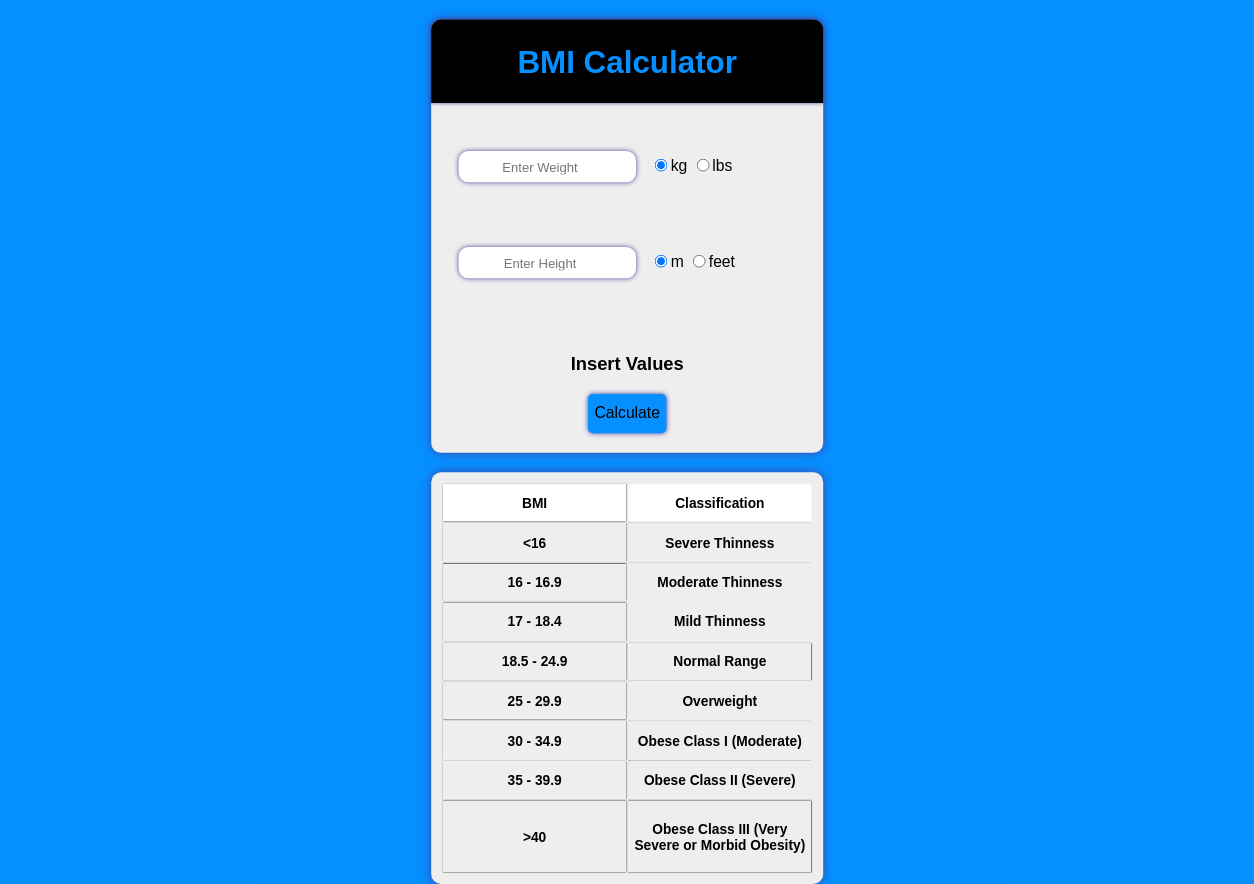
Repository: shayanabedi98/bmi-calculator
Page: index.html
The author's editor kept a copy of each file at every save. The page is drawn from the files as they stood at one save, then again after the next save.
The browser window is 1280 px wide. The pictures show the whole page, at 98% of full size.

Above is the page before, as saved 2023-07-24 16:36:37.

After the next save:
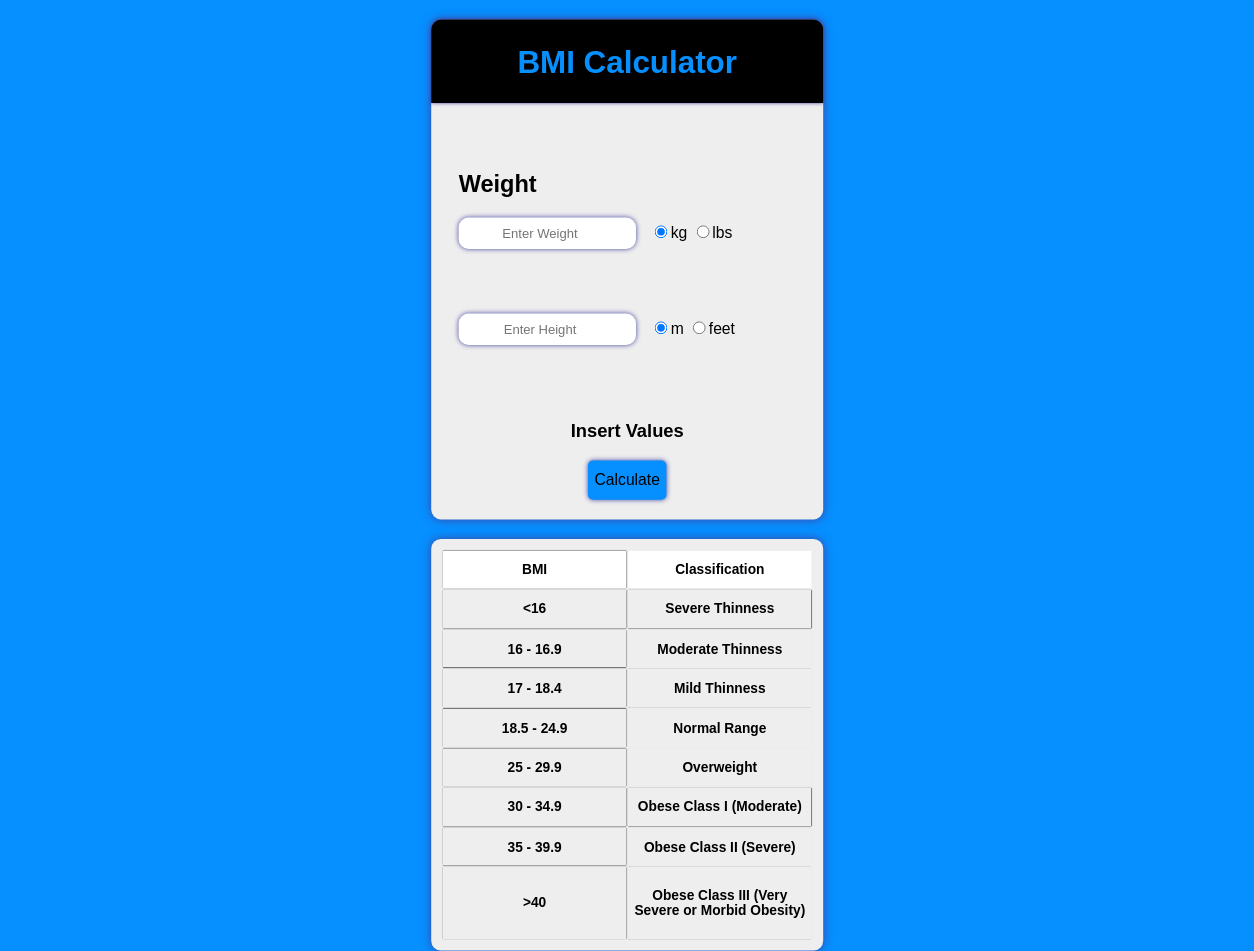
Saved 38 min 20 s later.
--- a/index.html
+++ b/index.html
@@ -12,6 +12,7 @@
             <div class="bmi-calculator">
                 <h1>BMI Calculator</h1>
                 <div class="weight">
+                    <h2>Weight</h2>
                     <input type="number" placeholder="Enter Weight">
                     <input type="radio" name="weight" checked><span>kg</span>
                     <input type="radio" name="weight"><span>lbs</span>
